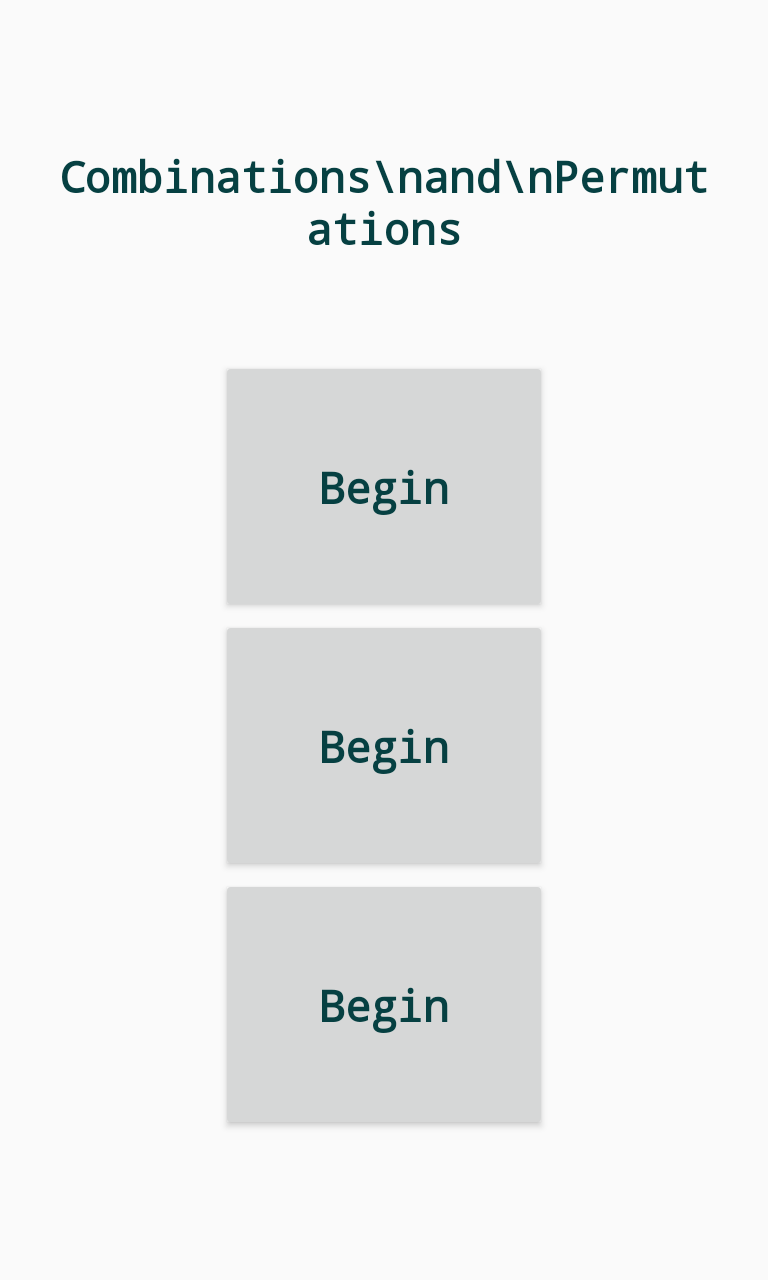
Repository: rontejada1991/Combinations-and-Permutations-Android-App
Layout: combinations/res/layout/activity_main.xml
An editor plug-in stored every save of this project. The layout is shown before and after the next save, followed by the edit.
It is drawn on a 768 x 1280 px phone screen (xhdpi) without system bars, with theme AppTheme; the app's code is not run.

Above is the layout before, as saved 2014-11-07 20:00:04.

### combinations/res/layout/activity_main.xml
<LinearLayout xmlns:android="http://schemas.android.com/apk/res/android"
    xmlns:tools="http://schemas.android.com/tools"
    android:layout_width="match_parent"
    android:layout_height="match_parent"
	android:orientation="vertical"
	android:gravity="center"
	android:padding="25dp"
    tools:context="com.silvercloudgames.combinations.MainActivity" >

    <TextView
        android:id="@+id/tv_title"
        style="@style/CodeFont"
        android:layout_width="fill_parent"
        android:text="Combinations\nand\nPermutations"
        android:layout_marginBottom="50dp" />

    <Button
        android:id="@+id/b_begin"
        style="@style/CodeFont"
        android:text="Begin"
        android:padding="50dp"
        android:onClick="onBeginPressed" />

    <Button
        android:id="@+id/b_begin"
        style="@style/CodeFont"
        android:text="Begin"
        android:padding="50dp"
        android:onClick="onBeginPressed" />

     <Button
        android:id="@+id/b_begin"
        style="@style/CodeFont"
        android:text="Begin"
        android:padding="50dp"
        android:onClick="onBeginPressed" />


</LinearLayout>

### combinations/res/values/code_font.xml
<?xml version="1.0" encoding="utf-8"?>
<resources xmlns:android="http://schemas.android.com/apk/res/android">

    <style name="CodeFont">
        <item name="android:layout_width">wrap_content</item>
        <item name="android:layout_height">wrap_content</item>
        <item name="android:textColor">#064042</item>
        <item name="android:textStyle">bold</item>
        <item name="android:typeface">monospace</item>
        <item name="android:gravity">center</item>
        <item name="android:textAppearance">@android:style/TextAppearance.Large</item>
    </style>

    <style name="CodeFont.Med">
        <item name="android:textAppearance">@android:style/TextAppearance.Medium</item>
    </style>

    <style name="CodeFont.Italic">
        <item name="android:textStyle">italic</item>
    </style>

</resources>

Loaded but not shown: combinations/res/values/styles.xml (common file); combinations/res/values-v11/styles.xml (common file); combinations/res/values-v14/styles.xml (common file)

After the next save:
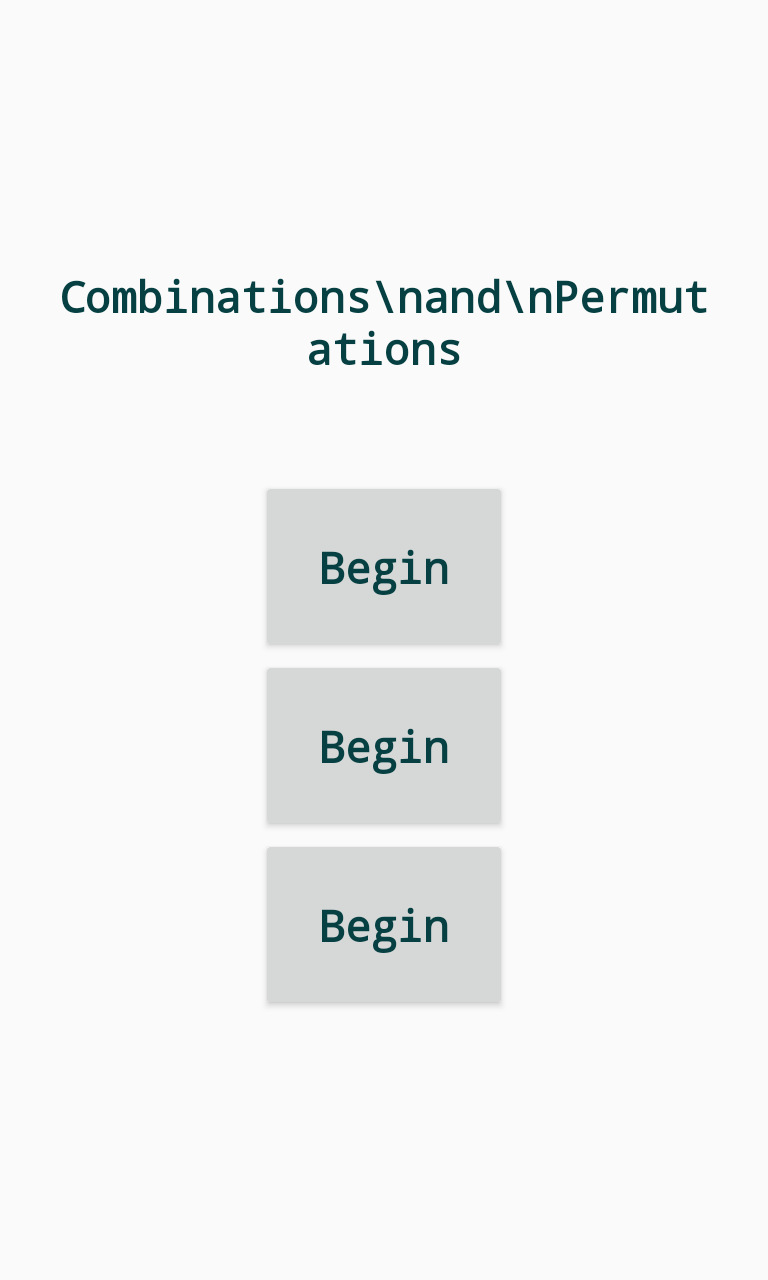
Saved 31 s later.
--- a/combinations/res/layout/activity_main.xml
+++ b/combinations/res/layout/activity_main.xml
@@ -18,21 +18,21 @@
         android:id="@+id/b_begin"
         style="@style/CodeFont"
         android:text="Begin"
-        android:padding="50dp"
+        android:padding="30dp"
         android:onClick="onBeginPressed" />
 
     <Button
         android:id="@+id/b_begin"
         style="@style/CodeFont"
         android:text="Begin"
-        android:padding="50dp"
+        android:padding="30dp"
         android:onClick="onBeginPressed" />
 
      <Button
         android:id="@+id/b_begin"
         style="@style/CodeFont"
         android:text="Begin"
-        android:padding="50dp"
+        android:padding="30dp"
         android:onClick="onBeginPressed" />
 
 
